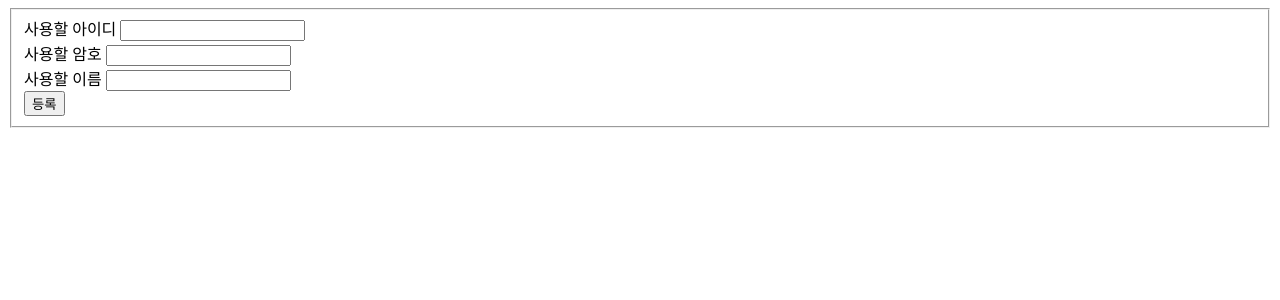
Repository: ybshim90/sesac1
Page: day_20211217_01_web/src/main/webapp/regist.html
The author's editor kept a copy of each file at every save. The page is drawn from the files as they stood at one save, then again after the next save.
The browser window is 1280 px wide. The pictures show the whole page.

Above is the page before, as saved 2021-12-17 05:19:56.

### day_20211217_01_web/src/main/webapp/regist.html
<!DOCTYPE html>
<html>
	<head>
		<meta charset="UTF-8">
		<title>Insert title here</title>
	</head>
	<body>
		<form action="jsp/form1.jsp" method="post">
			<fieldset>
				<label> 사용할 아이디
					<input type="text" name="memid"><br>
				</label>

				<label for="id_pw">사용할 암호</label>
				<input type="password" name="mempw" id="id_pw"><br>


				사용할 이름
				<input type="text" name="memname"><br>

				<input type="submit" value="등록">
			</fieldset>
		</form>
	</body>
</html>

After the next save:
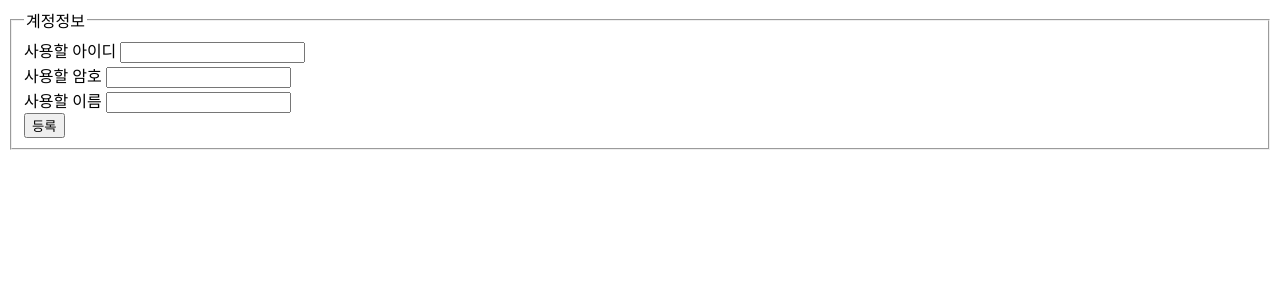
Saved 50 s later.
--- a/day_20211217_01_web/src/main/webapp/regist.html
+++ b/day_20211217_01_web/src/main/webapp/regist.html
@@ -7,6 +7,7 @@
 	<body>
 		<form action="jsp/form1.jsp" method="post">
 			<fieldset>
+				<legend>계정정보</legend>
 				<label> 사용할 아이디
 					<input type="text" name="memid"><br>
 				</label>
